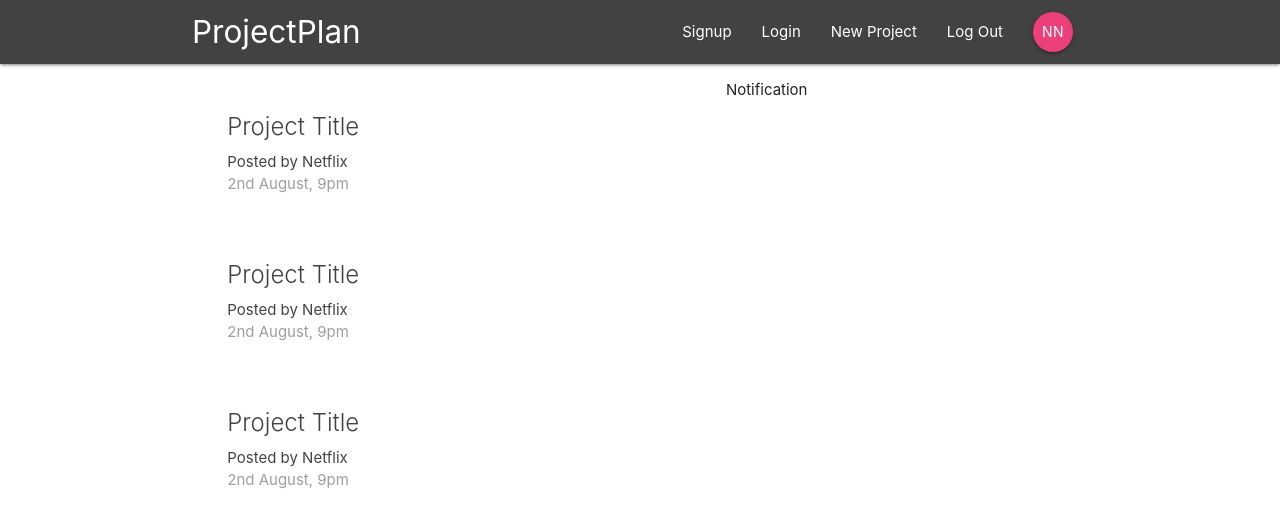
Repository: Ranjan08385/React-Firebase-Project
Page: /
An editor plug-in stored every save of this project. The page is shown before and after the next save, followed by the edit.
The browser window is 1280 px wide. The pictures show the whole page.
The project was rebuilt for these pictures with package versions that can differ from the ones it lists, and the page was loaded fresh each time.

Above is the page before, as saved 2019-10-07 18:49:33.

### public/index.html
<!DOCTYPE html>
<html lang="en">
  <head>
    <meta charset="utf-8" />
    <link rel="icon" href="%PUBLIC_URL%/favicon.ico" />
    <meta name="viewport" content="width=device-width, initial-scale=1" />
    <meta name="theme-color" content="#000000" />
    <meta
      name="description"
      content="Web site created using create-react-app"
    />
    <link rel="apple-touch-icon" href="logo192.png" />
    <!--
      manifest.json provides metadata used when your web app is installed on a
      user's mobile device or desktop. See https://developers.google.com/web/fundamentals/web-app-manifest/
    -->
    <link rel="manifest" href="%PUBLIC_URL%/manifest.json" />
    <!--
      Notice the use of %PUBLIC_URL% in the tags above.
      It will be replaced with the URL of the `public` folder during the build.
      Only files inside the `public` folder can be referenced from the HTML.

      Unlike "/favicon.ico" or "favicon.ico", "%PUBLIC_URL%/favicon.ico" will
      work correctly both with client-side routing and a non-root public URL.
      Learn how to configure a non-root public URL by running `npm run build`.
    -->
    <!--Import Google Icon Font-->
    <!-- Compiled and minified CSS -->
    <link
      rel="stylesheet"
      href="https://cdnjs.cloudflare.com/ajax/libs/materialize/1.0.0/css/materialize.min.css"
    />

    <!-- Compiled and minified JavaScript -->
    <script src="https://cdnjs.cloudflare.com/ajax/libs/materialize/1.0.0/js/materialize.min.js"></script>
    <title>React App</title>
  </head>
  <body>
    <noscript>You need to enable JavaScript to run this app.</noscript>
    <div id="root"></div>
    <!--
      This HTML file is a template.
      If you open it directly in the browser, you will see an empty page.

      You can add webfonts, meta tags, or analytics to this file.
      The build step will place the bundled scripts into the <body> tag.

      To begin the development, run `npm start` or `yarn start`.
      To create a production bundle, use `npm run build` or `yarn build`.
    -->
  </body>
</html>

### src/App.js
import React from "react";
import { BrowserRouter as Router, Route, Switch } from "react-router-dom";
import Navbar from "./Components/layouts/Navbar";
import Dashboard from "./Components/dashboard/Dashboard";

function App() {
  return (
    <Router>
      <div className="App">
        <Navbar />
        <Switch>
          <Route path="/" component={Dashboard} />
        </Switch>
      </div>
    </Router>
  );
}

export default App;

### src/Components/layouts/Navbar.js
import React from "react";
import { Link } from "react-router-dom";
import SignInLink from "./SignInLink";
import SignOutLink from "./SignOutLink";
const Navbar = () => {
  return (
    <nav className="nav-wrapper grey darken-3">
      <div className="container">
        <Link to="/" className="brand-logo">
          ProjectPlan
        </Link>
        <SignInLink />
        <SignOutLink />
      </div>
    </nav>
  );
};

export default Navbar;

### src/Components/dashboard/Dashboard.js
import React, { Component } from "react";
import Notifications from "./Notification";
import ProjectList from "../projects/ProjectList";

class Dashboard extends Component {
  render() {
    return (
      <div className="Dashboard container">
        <div className="row">
          <div className="col s12 m6">
            <ProjectList />
          </div>
          <div className="col s12 m5 offset-m1">
            <Notifications />
          </div>
        </div>
      </div>
    );
  }
}

export default Dashboard;

### src/Components/layouts/SignInLink.js
import React from "react";
import { NavLink } from "react-router-dom";
const SignInLink = () => {
  return (
    <ul className="right">
      <li>
        <NavLink to="/">New Project</NavLink>
      </li>
      <li>
        <NavLink to="/">Log Out</NavLink>
      </li>
      <li>
        <NavLink to="/" className="btn btn-floating pink lighten-1">
          NN
        </NavLink>
      </li>
    </ul>
  );
};

export default SignInLink;

### src/Components/layouts/SignOutLink.js
import React from "react";
import { NavLink } from "react-router-dom";
const SignOutLink = () => {
  return (
    <ul className="right">
      <li>
        <NavLink to="/">Signup</NavLink>
      </li>
      <li>
        <NavLink to="/">Login</NavLink>
      </li>
    </ul>
  );
};

export default SignOutLink;

### src/Components/dashboard/Notification.js
import React from "react";

const Notification = () => {
  return (
    <div>
      <p>Notification</p>
    </div>
  );
};

export default Notification;

### src/Components/projects/ProjectList.js
import React from "react";

const ProjectList = () => {
  return (
    <div className="project-list section">
      <div className="card z-depth-0 project-summary">
        <div className="card-content grey-text text-darken-3">
          <span className="card-title">Project Title</span>
          <p>Posted by Netflix</p>
          <p className="grey-text">2nd August, 9pm</p>
        </div>
      </div>

      <div className="card z-depth-0 project-summary">
        <div className="card-content grey-text text-darken-3">
          <span className="card-title">Project Title</span>
          <p>Posted by Netflix</p>
          <p className="grey-text">2nd August, 9pm</p>
        </div>
      </div>

      <div className="card z-depth-0 project-summary">
        <div className="card-content grey-text text-darken-3">
          <span className="card-title">Project Title</span>
          <p>Posted by Netflix</p>
          <p className="grey-text">2nd August, 9pm</p>
        </div>
      </div>
    </div>
  );
};

export default ProjectList;

### src/Components/projects/ProjectSummary.js
import React from "react";

const ProjectSummary = () => {
  return (
    <div className="card z-depth-0 project-summary">
      <div className="card-content grey-text text-darken-3">
        <span className="card-title">Project Title</span>
        <p>Posted by Netflix</p>
        <p className="grey-text">2nd August, 9pm</p>
      </div>
    </div>
  );
};

export default ProjectSummary;

Loaded but not shown: src/index.js (common file); src/index.css (common file); src/serviceWorker.js (common file)

After the next save:
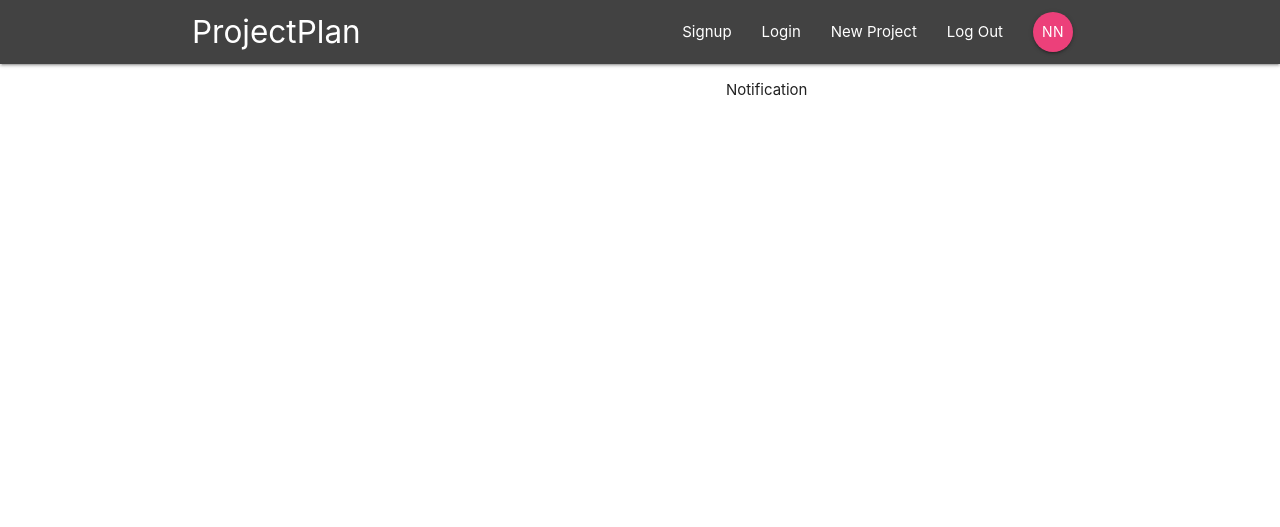
Saved 95 s later.
--- a/src/Components/projects/ProjectList.js
+++ b/src/Components/projects/ProjectList.js
@@ -1,33 +1,8 @@
 import React from "react";
+import ProjectSummary from "./ProjectSummary";
 
 const ProjectList = () => {
-  return (
-    <div className="project-list section">
-      <div className="card z-depth-0 project-summary">
-        <div className="card-content grey-text text-darken-3">
-          <span className="card-title">Project Title</span>
-          <p>Posted by Netflix</p>
-          <p className="grey-text">2nd August, 9pm</p>
-        </div>
-      </div>
-
-      <div className="card z-depth-0 project-summary">
-        <div className="card-content grey-text text-darken-3">
-          <span className="card-title">Project Title</span>
-          <p>Posted by Netflix</p>
-          <p className="grey-text">2nd August, 9pm</p>
-        </div>
-      </div>
-
-      <div className="card z-depth-0 project-summary">
-        <div className="card-content grey-text text-darken-3">
-          <span className="card-title">Project Title</span>
-          <p>Posted by Netflix</p>
-          <p className="grey-text">2nd August, 9pm</p>
-        </div>
-      </div>
-    </div>
-  );
+  return <div className="project-list section"></div>;
 };
 
 export default ProjectList;

After the save that followed:
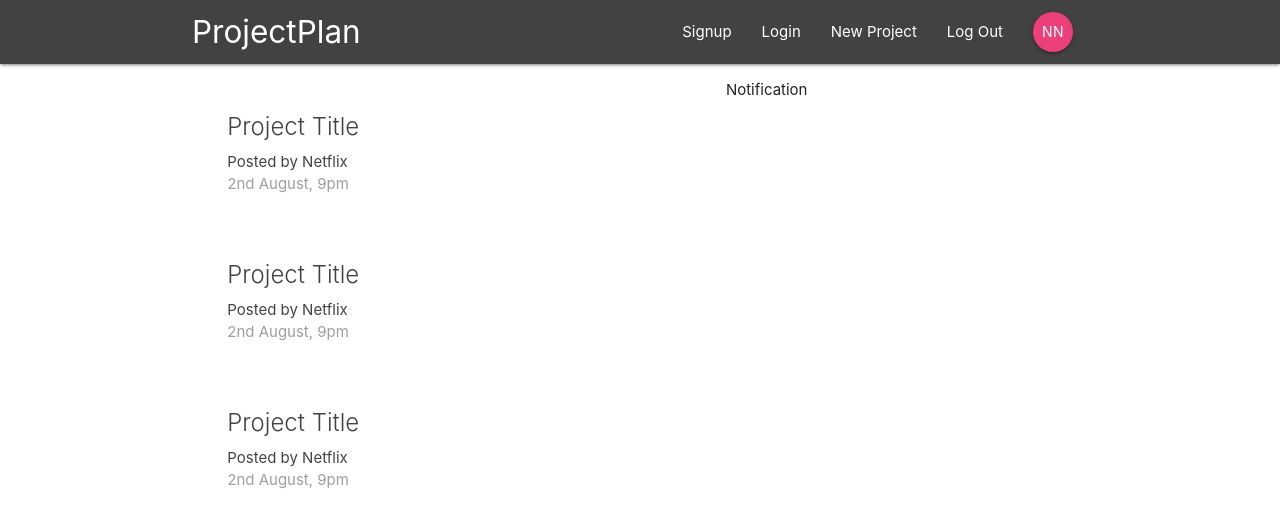
Saved 33 s later.
--- a/src/Components/projects/ProjectList.js
+++ b/src/Components/projects/ProjectList.js
@@ -2,7 +2,13 @@
 import ProjectSummary from "./ProjectSummary";
 
 const ProjectList = () => {
-  return <div className="project-list section"></div>;
+  return (
+    <div className="project-list section">
+      <ProjectSummary />
+      <ProjectSummary />
+      <ProjectSummary />
+    </div>
+  );
 };
 
 export default ProjectList;
